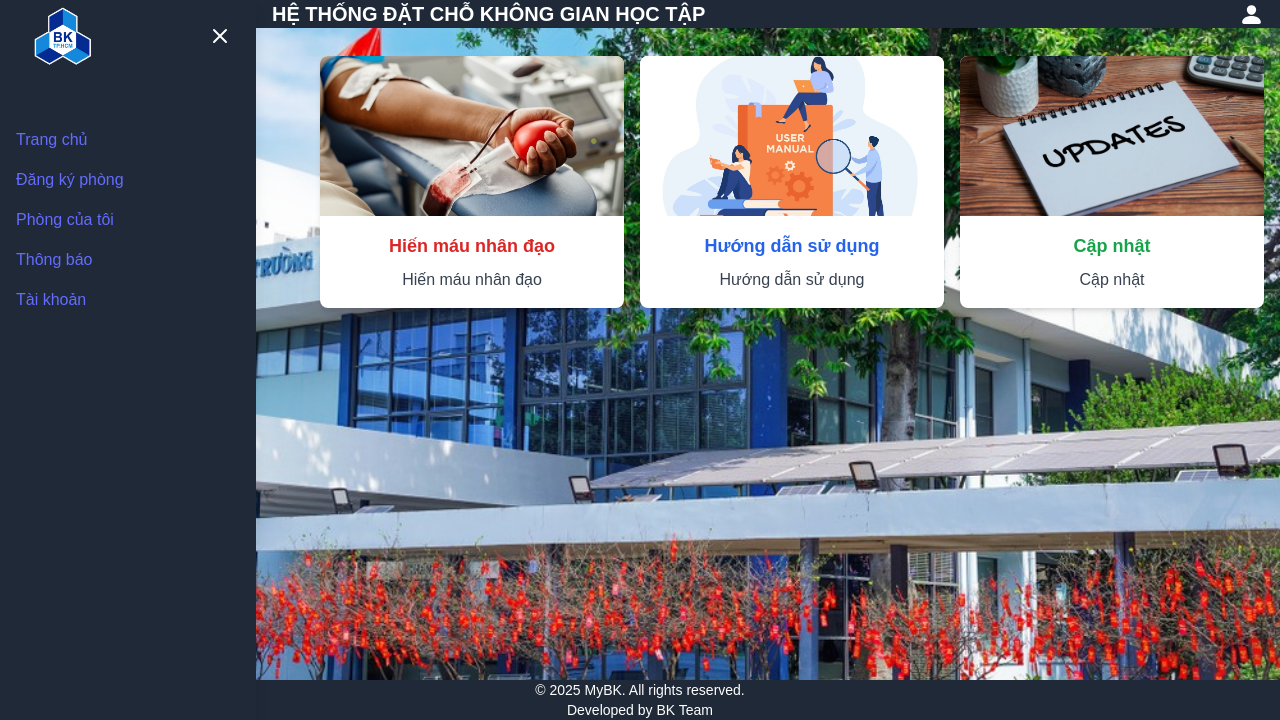
Repository: CNPM-S3MRS/frontend-web
Page: /homepage
An editor plug-in stored every save of this project. The page is shown before and after the next save, followed by the edit.
The browser window is 1280 px wide. The pictures show the whole page.
The project was rebuilt for these pictures with package versions that can differ from the ones it lists, and the page was loaded fresh each time. Also part of the build but not shown: vite.config.js, src/pages/auth/Login.jsx, src/components/card/NotificationCard.jsx, src/components/pagination/Pagination.jsx, src/components/dropdownmenu/DropdownList.jsx, src/pages/notification/notification.jsx, src/components/form/ForgotPassword.jsx, src/pages/forgotpwd/Forgot.jsx.

Above is the page before, as saved 2025-05-02 20:45:32.

After the next save:
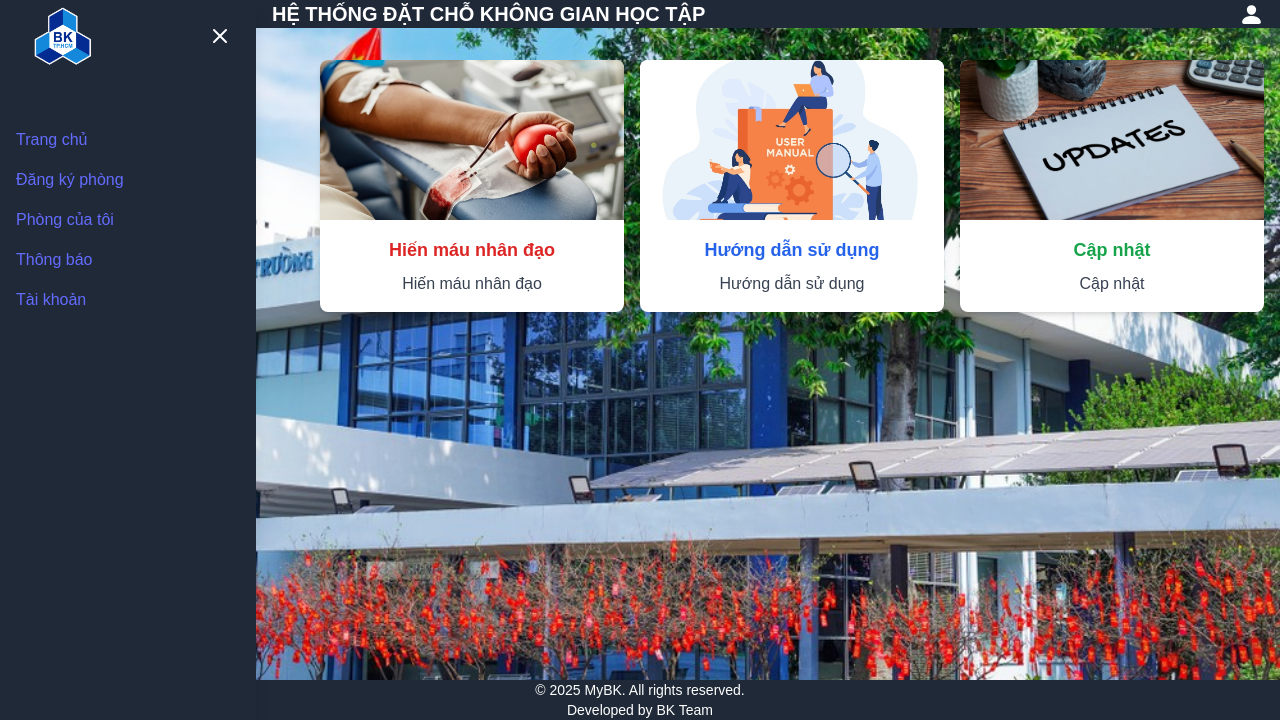
Saved 5 s later.
--- a/src/pages/homepage/Homepage.jsx
+++ b/src/pages/homepage/Homepage.jsx
@@ -28,7 +28,7 @@ const Homepage = () => {
             isSidebarOpen ? "lg:pl-80" : "pl-4"
           }`}
         >
-          <h1 className="text-2xl font-bold mb-3"></h1>
+          <h1 className="text-2xl font-bold mb-4"></h1>
           {/* Display Cards */}
           <div className="grid grid-cols-1 sm:grid-cols-2 lg:grid-cols-3 gap-4">
             <DisplayCard
